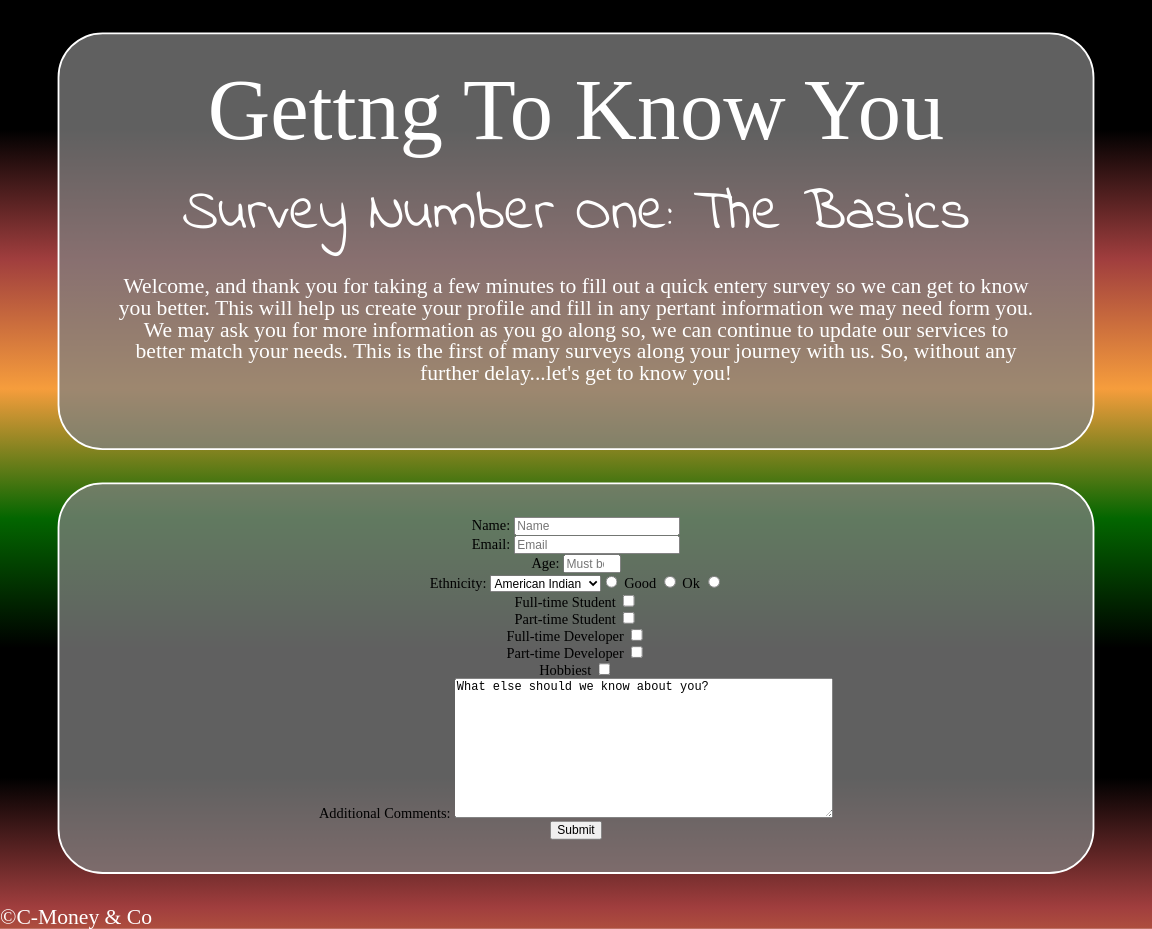
Repository: ctcoleman/surveyForm
Page: index.html
The author's editor kept a copy of each file at every save. The page is drawn from the files as they stood at one save, then again after the next save.
The browser window is 1280 px wide. The pictures show the whole page, at 90% of full size.
Some web fonts or font styles are not loaded; a fallback is used.

Above is the page before, as saved 2020-06-29 11:11:47.

### index.html
<!DOCTYPE html>
<html lang="en">

<!-- Head -->

<head>
  <meta name="description" content="Survey Form Example Project">
  <meta name="author" content="Christopher Coleman">
  <meta name="title" content="Survey Form Project">
  <meta name="keywords" content="Survey, Forms, HTML, CSS, Example, Project" <meta name="viewport"
    content="width=device-width, initial-scale=1.0">
  <meta charset="UTF-8">
  <link rel="stylesheet" type="text/css" href="/assets/stylesheets/index.css">
  <link
    href="https://fonts.googleapis.com/css2?family=Holtwood+One+SC&family=Indie+Flower&family=Shadows+Into+Light&display=swap"
    rel="stylesheet">
  <title>.:Getting to know you:.</title>
</head>

<!-- Body -->

<body>


  <!-- Main Content-->
  <main id="main">

    <!-- Header -->
    <header id="titleHeading" class="heading">
      <h1 id="title">Gettng To Know You</h1>
      <h2>Survey Number One: The Basics</h2>
      <section class="descriptionSection">
        <p id="description">Welcome, and thank you for taking a few minutes to fill out a quick entery survey so we can
          get to know you better. This will help us create your profile and fill in any pertant information we may need
          form you. We may ask you for more information as you go along so, we can continue to update our services to
          better match your needs. This is the first of many surveys along your journey with us. So, without any further
          delay...let's get to know you!</p>
      </section>
    </header>

    <!-- Survey Form -->
    <form id="surveyForm" class="formWrapper" action="#" method="post">
      <!-- Name -->
      <div class="formEntery nameEntery">
        <label id="name-label" for="name">Name:</label>
        <input type="text" id="name" name="user_name" placeholder="Name" required>
      </div>
      <!-- E-Mail -->
      <div class="formEntery emailEntery">
        <label id="email-label" for="email">Email:</label>
        <input type="email" id="email" name="user_email" placeholder="Email" required>
      </div>
      <!-- Number -->
      <div class="formEntery numberEntery">
        <label id="number-label" for="number">Age:</label>
        <input type="number" id="number" placeholder="Must be older than 18" min="18" max="150">
      </div>
      <!-- Dropdown -->
      <div id="dropDownEntery" class="formEntery">
        <label for="dropdown-label">Ethnicity:</label>
        <select type="dropdown" id="dropdown" placeholder="Select from the following" required>
          <option value="americanIndian">American Indian</option>
          <option value="asian">Asian</option>
          <option value="africanAmerican">African American</option>
          <option value="hispanic">Hispanic</option>
          <option value="pacificIslander">Pacific Islander</option>
          <option value="white">White</option>
      </div>
      <!-- Radio Buttons -->
      <div id="radioButtons" class="formEntery radioButtons">

        <label for="radioGreat">Great</label>
        <input class="radio" type="radio" id="radioGreat" name="radio" value="Great">

        <label for="radioGood">Good</label>
        <input class="radio" type="radio" id="radioGood" name="radio" value="Good">

        <label for="radioOk">Ok</label>
        <input class="radio" type="radio" id="radioOk" name="radio" value="Ok">

      </div>

      <div id="checkboxInputs" class="formEntery checkbox">
        <div id="fullTimeStudentCheck">
          <label for="fullTimeStudent">Full-time Student</label>
          <input type="checkbox" id="fullTimeStudent" name="Full-time Student" value="Full-time Student">
        </div>
        <div id="partTimeStudentCheck">
          <label for="partTimeStudent">Part-time Student</label>
          <input type="checkbox" id="partTimeStudent" name="Part-time Student" value="Part-time Student">
        </div>
        <div id="fullTimeDeveloperCheck">
          <label for="fullTimeDev">Full-time Developer</label>
          <input type="checkbox" id="fullTimeDev" name="Full-time Developer" value="Full-time Developer">
        </div>
        <div id="partTimeDeveloperCheck">
          <label for="partTimeDev">Part-time Developer</label>
          <input type="checkbox" id="partTimeDev" name="Part-time Developer" value="Part-time Developer">
        </div>
        <div id="hobbiestCheckbox">
          <label for="hobbiest">Hobbiest</label>
          <input type="checkbox" id="hobbiest" name="Hobbiest" value="hobbiest">
        </div>
      </div>
      <div id="textarea">
        <label for="additionalComments">Additional Comments:</label>
        <textarea id="additionalComments" name="additionalComments" rows="10"
          cols="50">What else should we know about you? </textarea>
      </div>

      <button type="submit" id="submit" form="surveyForm" value="Submit">Submit</button>
    </form>


    <!-- Footer -->
    <footer>
      <p>&copy;C-Money & Co</p>
    </footer>
  </main>

  <script src='https://cdn.freecodecamp.org/testable-projects-fcc/v1/bundle.js'></script>
</body>

</html>

### assets/stylesheets/index.css

/*
=== CSS Reset ===
  http://meyerweb.com/eric/tools/css/reset/ ]
  v2.0 | 20110126
  License: none (public domain)
*/

html, body, div, span, applet, object, iframe,
h1, h2, h3, h4, h5, h6, p, blockquote, pre,
a, abbr, acronym, address, big, cite, code,
del, dfn, em, img, ins, kbd, q, s, samp,
small, strike, strong, sub, sup, tt, var,
b, u, i, center,
dl, dt, dd, ol, ul, li,
fieldset, form, label, legend,
table, caption, tbody, tfoot, thead, tr, th, td,
article, aside, canvas, details, embed,
figure, figcaption, footer, header, hgroup,
menu, nav, output, ruby, section, summary,
time, mark, audio, video {
	margin: 0;
	padding: 0;
	border: 0;
	font-size: 62.5%;
	font: inherit;
  vertical-align: baseline;
  box-sizing: border-box;
}
/* HTML5 display-role reset for older browsers */
article, aside, details, figcaption, figure,
footer, header, hgroup, menu, nav, section {
	display: block;
}
body {
	line-height: 1;
}
ol, ul {
	list-style: none;
}
a {
  text-decoration: none;
}
blockquote, q {
	quotes: none;
}
blockquote:before, blockquote:after,
q:before, q:after {
	content: '';
	content: none;
}
table {
	border-collapse: collapse;
	border-spacing: 0;
}
/*
=== Fonts Used ===
font-family: 'Holtwood One SC', serif;
font-family: 'Indie Flower', cursive;
font-family: 'Shadows Into Light', cursive;
/*

=== Basic Styling ===
*/
html {
  background-image: linear-gradient( #000000 20%, #a03e3e 40%, #f69d3c 60%, #036600 80%, #000000 100%);
  height: 100%;
 }

h1 {
  color: white;
  font-family: 'Holtwood One SC', serif;
  font-size: 6rem;
}

h2 {
  color: white;
  font-family: 'Indie Flower', cursive;
  font-size: 4rem;
}

p {
  color: white;
  font-size: 1.5rem;
}

/*
=== Header Styleing ===
*/

header {
  background: rgba(128, 128, 128, 0.75);
  padding: 5vh 5vw;
  margin: 5vh 5vw;
  text-align: center;
  border: 2px solid white;
  border-radius: 50px;
}
#title {
  margin-bottom: 5vh;
}
#description {
  margin: 5vh 0;
}

/*
=== Basic Form Styling ===
*/

#surveyForm {
  background: rgba(128, 128, 128, 0.75);
  padding: 5vh 5vw;
  margin: 5vh 5vw;
  text-align: center;
  border: 2px solid white;
  border-radius: 50px;
  display: flex;
  flex-direction: column;
  align-items: center;
}
#surveyForm label {
  font-size:
}

/*
=== Name Styling ===
*/
#nameEntery {

}
/*
=== Email Styling ===
*/

/*
=== Age Styling ===
*/

/*
=== Radio Button Styling ===
*/

/*
=== Checkbox Styling ===
*/

/*
=== Textarea Styling ===
*/

/*
=== Submit Button Styling ===
*/

After the next save:
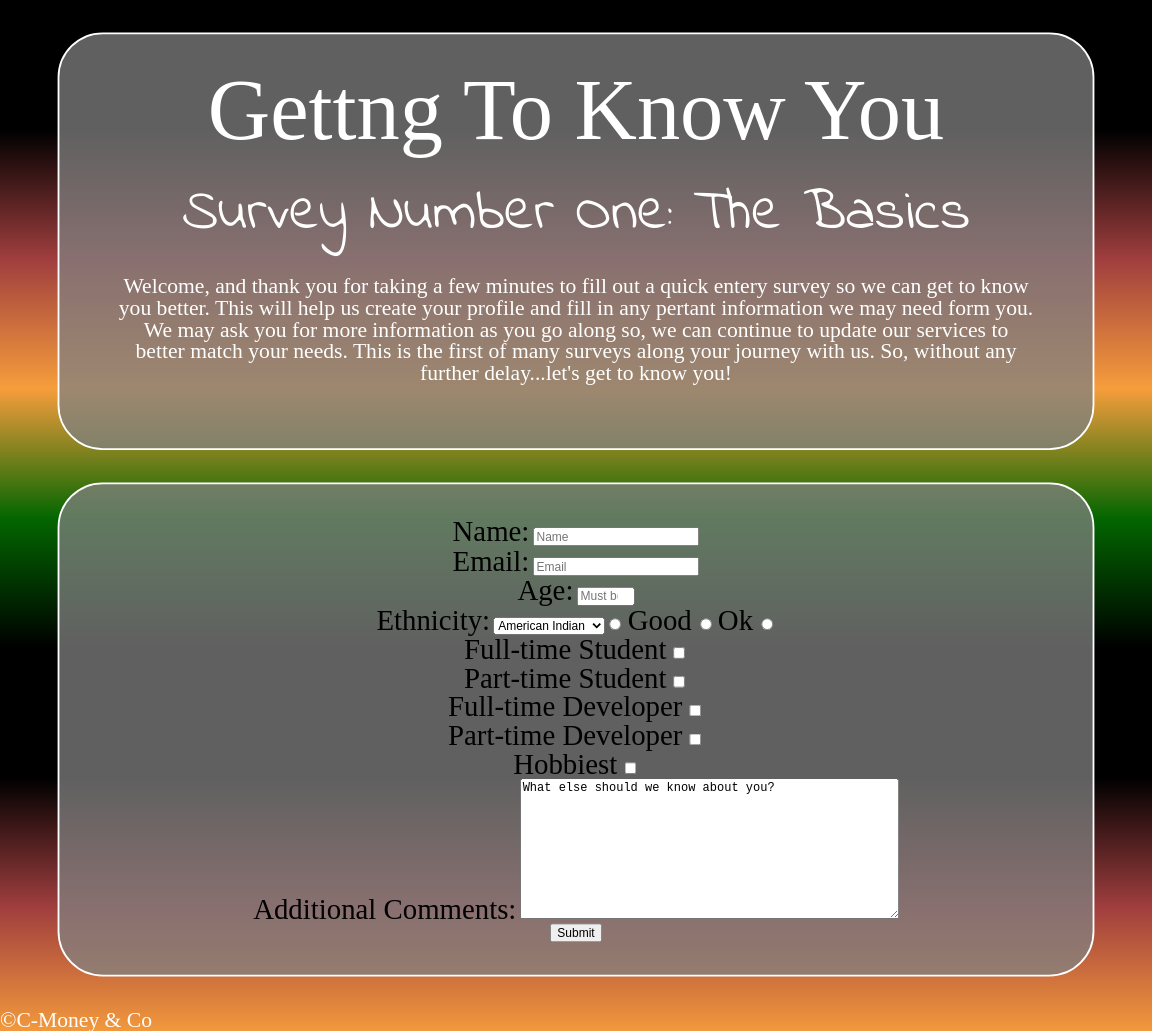
Saved 5 s later.
--- a/assets/stylesheets/index.css
+++ b/assets/stylesheets/index.css
@@ -119,7 +119,7 @@ header {
   align-items: center;
 }
 #surveyForm label {
-  font-size:
+  font-size: 2rem;
 }
 
 /*
